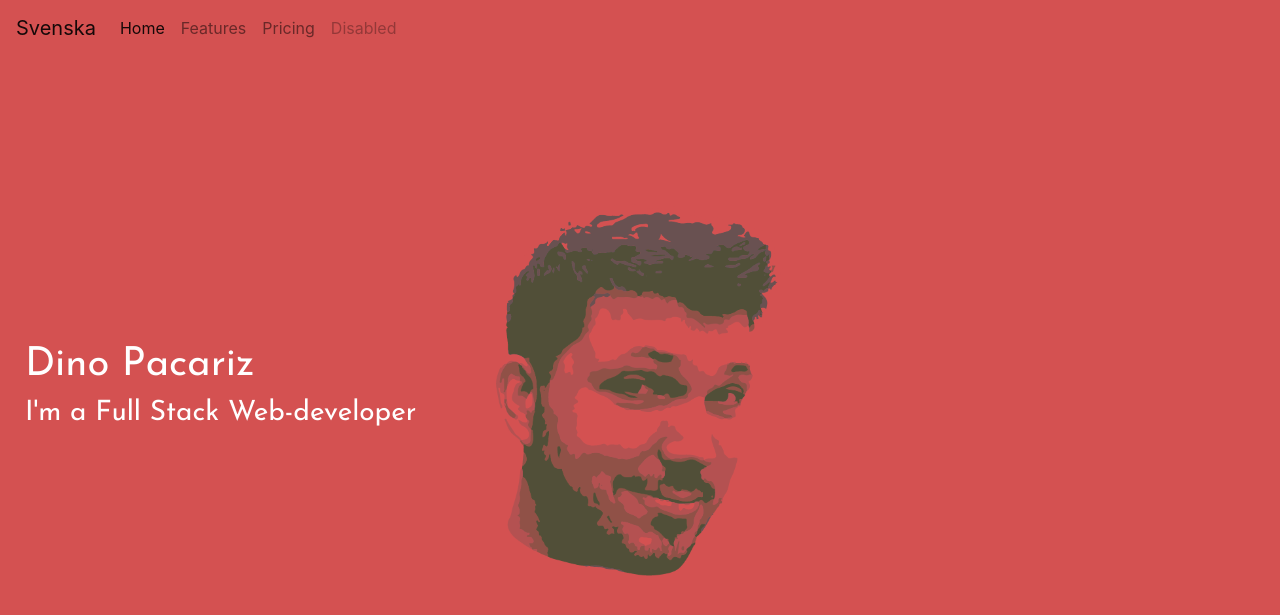
Repository: ImDino/Portfolio
Page: index.html
These files come from the project's save history. The page is drawn as it stood at one moment and after the next save; the edit follows.
The browser window is 1280 px wide. The pictures show the whole page.
Some web libraries are served in a nearby version. The style sheet was rebuilt from its Sass, Less or Tailwind sources for each picture, by a compiler version that may differ from the author's.

Above is the page before, as saved 2020-11-04 13:22:52.

### index.html
<!DOCTYPE html>
<html lang="en">
<head>
    <meta charset="UTF-8">
    <meta name="viewport" content="width=device-width, initial-scale=1.0">
    <link rel="stylesheet" href="https://cdn.jsdelivr.net/npm/bootstrap@4.5.3/dist/css/bootstrap.min.css" integrity="sha384-TX8t27EcRE3e/ihU7zmQxVncDAy5uIKz4rEkgIXeMed4M0jlfIDPvg6uqKI2xXr2" crossorigin="anonymous">
    <link href="https://fonts.googleapis.com/css2?family=Josefin+Sans&display=swap" rel="stylesheet">

    <script src="https://code.jquery.com/jquery-3.5.1.slim.min.js" integrity="sha384-DfXdz2htPH0lsSSs5nCTpuj/zy4C+OGpamoFVy38MVBnE+IbbVYUew+OrCXaRkfj" crossorigin="anonymous"></script>
    <script src="https://cdn.jsdelivr.net/npm/bootstrap@4.5.3/dist/js/bootstrap.bundle.min.js" integrity="sha384-ho+j7jyWK8fNQe+A12Hb8AhRq26LrZ/JpcUGGOn+Y7RsweNrtN/tE3MoK7ZeZDyx" crossorigin="anonymous"></script>
    <script src="https://cdnjs.cloudflare.com/ajax/libs/gsap/3.5.1/gsap.min.js"></script>
    <script src="/js/main.js"></script>


    <link rel="stylesheet" href="css/main.css">
    <title>Dino's Portfolio</title>
</head>
<body>
    <div id='pseudo-div'></div>
    <nav class="navbar navbar-expand-lg navbar-light bg-light">
        <!-- <a class="navbar-brand" href="#">Navbar</a> -->
        <a class="navbar-brand" id='lang' href="#">Svenska</a>
        <button class="navbar-toggler" type="button" data-toggle="collapse" data-target="#navbarNav" aria-controls="navbarNav" aria-expanded="false" aria-label="Toggle navigation">
          <span class="navbar-toggler-icon"></span>
        </button>
        <div class="collapse navbar-collapse" id="navbarNav">
          <ul class="navbar-nav">
            <li class="nav-item active">
              <a class="nav-link" href="#">Home <span class="sr-only">(current)</span></a>
            </li>
            <li class="nav-item">
              <a class="nav-link" href="#">Features</a>
            </li>
            <li class="nav-item">
              <a class="nav-link" href="#">Pricing</a>
            </li>
            <li class="nav-item">
              <a class="nav-link disabled" href="#" tabindex="-1" aria-disabled="true">Disabled</a>
            </li>
          </ul>
        </div>
    </nav>
    <div id='purple-div'>
        <div>
            <h1>Dino Pacariz</h1>
            <h3>I'm a Full Stack Web-developer</h3>
        </div>
    </div>
    <div id='face'>
    </div>
</body>
</html>

### js/main.js
document.addEventListener('DOMContentLoaded', () => {
    gsap.from("#purple-div", {duration: 1, x: -1000});
    gsap.from("#face", {duration: 1, opacity: 0});
    gsap.from("#face", {clearProps: 'all', duration: 1, x:100});
    TweenLite.from('#face', {y:20, ease:Linear.easeNone});





    // localStorage.clear()

    /*:::::::START:::::::::
    ::: Refresh Counter :::
    :::::::::::::::::::::*/

    if(localStorage.getItem('refreshCount') == null) {
        localStorage.setItem('refreshCount', 1);
    } else {
        let  localRefreshCount = localStorage.getItem('refreshCount')
        localRefreshCount++;
        localStorage.setItem('refreshCount', localRefreshCount);
    }
    if (parseInt(localStorage.getItem('refreshCount')) > 10) {
        localStorage.setItem('refreshCount', 1);
    }
    console.log('RefreshCount: '+localStorage.getItem('refreshCount'))


    /*::::::::END::::::::::
    ::: Refresh Counter :::
    :::::::::::::::::::::*/
})

### scss/main.scss


body {
    background-color: #D45151;
    color: white;
}

#pseudo-div {
    width: 100%;
    background-color: red;
}

.navbar {
    background-color: #D45151 !important;
    color: white;
}

#purple-div {
    padding-top: 60px;
    position: absolute;
    top: 0;
    bottom: 0;
    left: 0;
    right: 0;
    z-index: -1;

    // background: linear-gradient(97deg, #1E1446 50%, rgba(255, 255, 255, 0) 50.15%);
    display: grid;
    place-content: center left;

    h1, h3 {
        margin-left: 25px;
        font-family: 'Josefin Sans', sans-serif;

    }
    h1 {
        // font-size: 2em;
    }
}

#face {
    position: fixed;
    top: 0;
    bottom: 0;
    left: 0;
    right: 0;
    margin-bottom: 20vh;
    background: url('/img/vectorFace.png') no-repeat;
    background-color: #D45151;
    z-index: -2;
    background-blend-mode: darken;
    background-size: 40vh;
    background-position: center bottom;
}



/* //TODO
1. Darkmode, ställa in särskilda färger IFALL man är i darkmode? UX baby.

*/

After the next save:
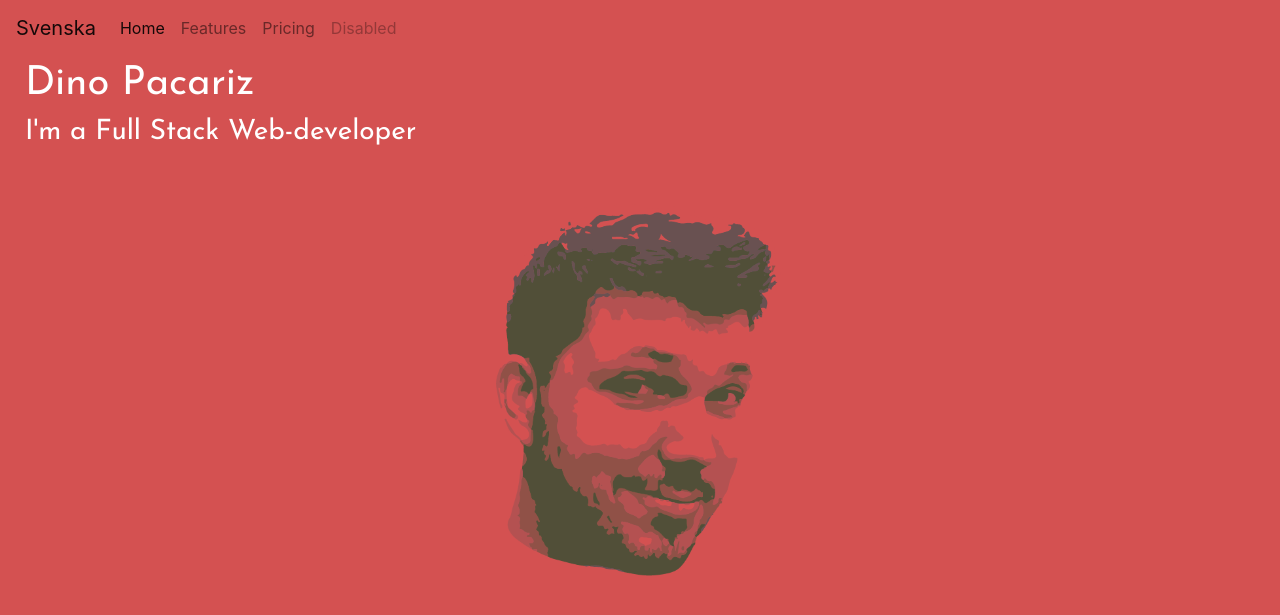
Saved 52 s later.
--- a/scss/main.scss
+++ b/scss/main.scss
@@ -26,7 +26,7 @@ body {
 
     // background: linear-gradient(97deg, #1E1446 50%, rgba(255, 255, 255, 0) 50.15%);
     display: grid;
-    place-content: center left;
+    place-content: top left;
 
     h1, h3 {
         margin-left: 25px;
